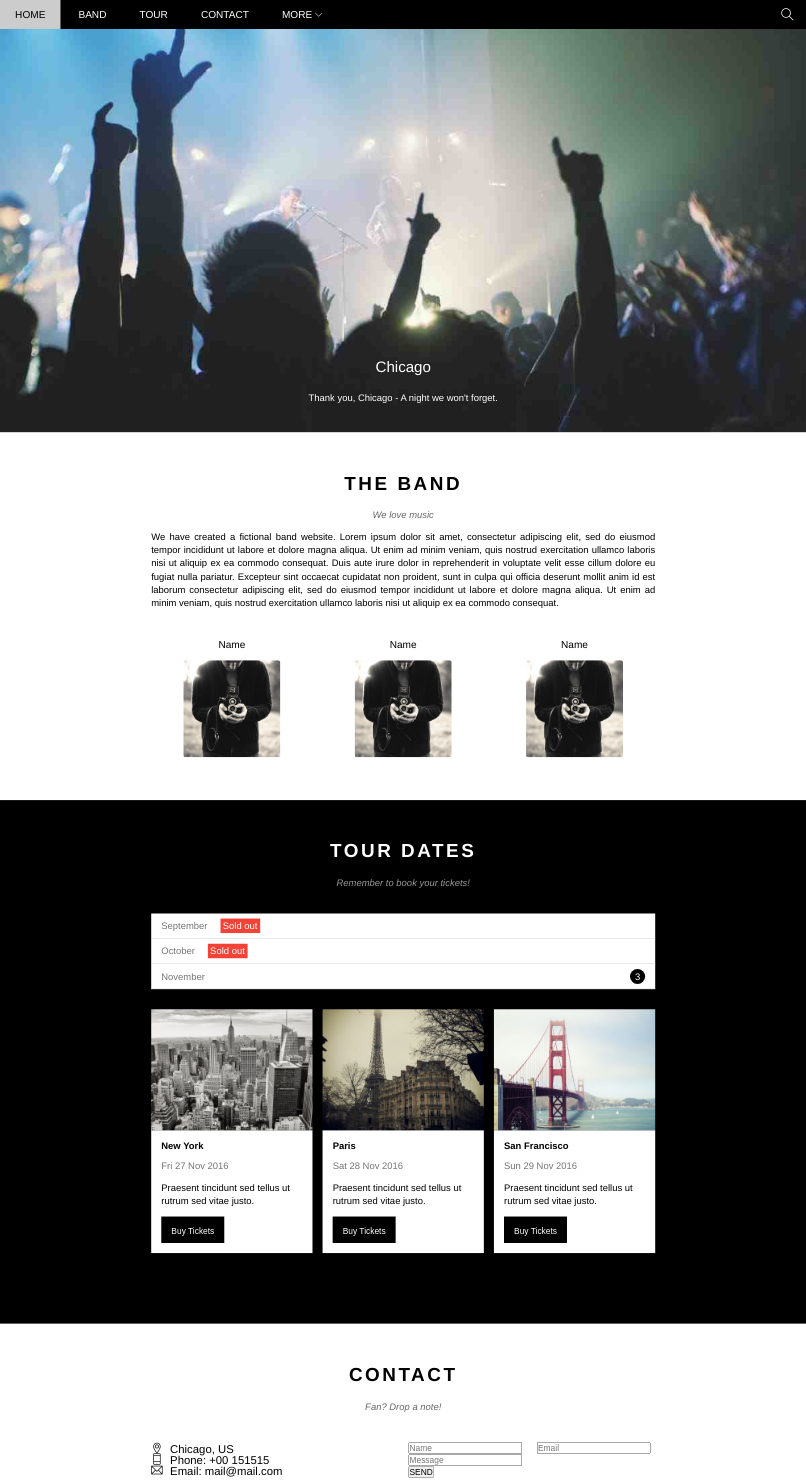
Repository: phongngotrong/w3school_reup
Page: index.html
The author's editor kept a copy of each file at every save. The page is drawn from the files as they stood at one save, then again after the next save.
The browser window is 1280 px wide. The pictures show the whole page, at 63% of full size.

Above is the page before, as saved 2021-12-22 22:57:16.

After the next save:
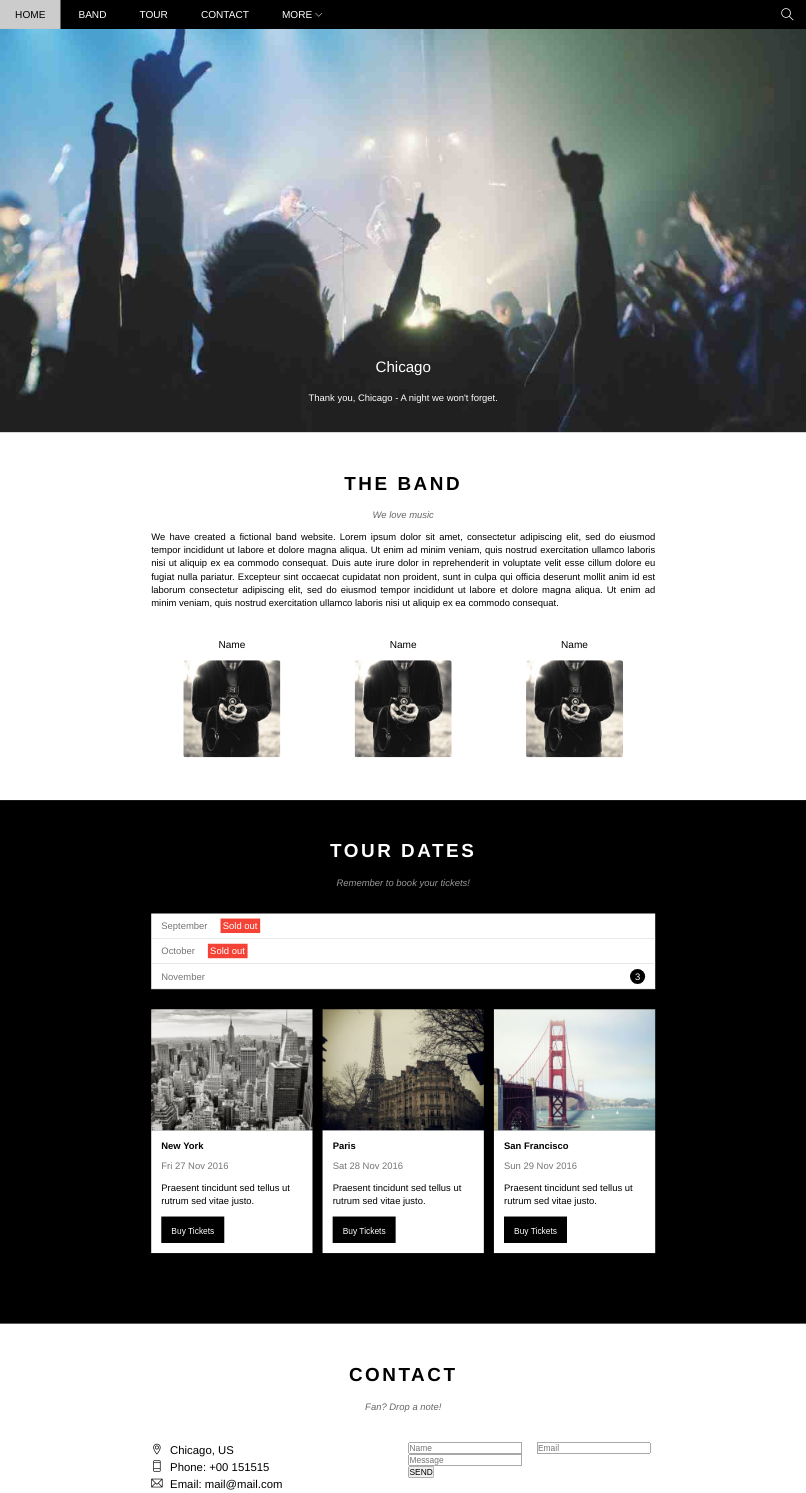
Saved 30 s later.
--- a/assets/css/style.css
+++ b/assets/css/style.css
@@ -427,7 +427,7 @@
 
 .contact-info {
   font-size: 18px;
-  line-height: 1.4px;
+  line-height: 1.5;
 }
 
 .contact-info i[class*="ti-"] {
